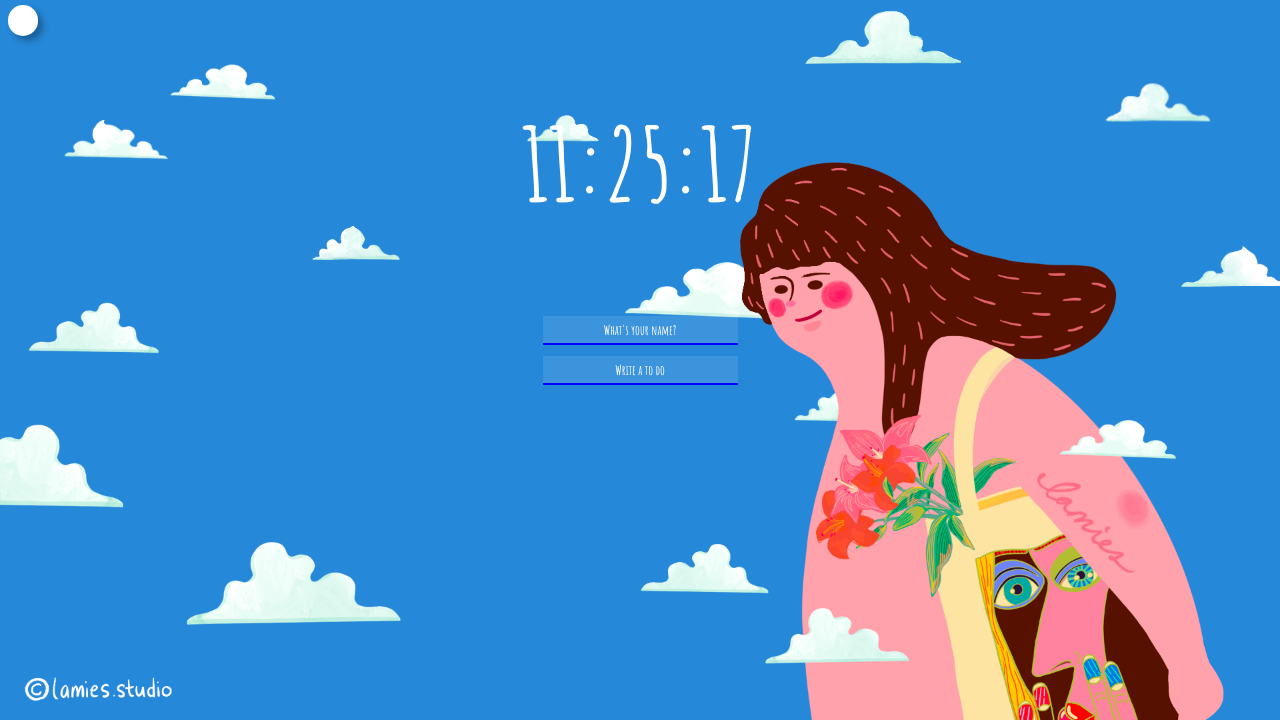
Repository: haleyjung/chrome_app
Page: index.html
The author's editor kept a copy of each file at every save. The page is drawn from the files as they stood at one save, then again after a run of saves.
The browser window is 1280 px wide. The pictures show the whole page.

Above is the page before, as saved 2020-11-23 16:23:36.

### index.html
<!DOCTYPE html>
<html lang="en">
<head>
    <meta charset="UTF-8" />
    <meta name="viewport" content="width=device-width, initial-scale=1.0">
    <title>Chrome App</title>
    <link rel="stylesheet" href="index.css">
</head>
<body>

    <div>
        <span class="js-weather"></span>
    </div>

    <main>
        <div class="js-clock">
            <h1>00:00</h1>
        </div>

        <div class="js-name name"></div>

        <div>
            <form class="js-form form">
                <input type="text" placeholder="What's your name?" />
            </form>
        </div>

        <h4 class="js-greetings greetings"></h4>

        <form class="js-toDoForm">
            <input type="text" placeholder="Write a to do" />
        </form>
        <ul class="js-toDoList">
        </ul>
    </main>

    <script src="js/clock.js"></script>
    <script src="js/greeting.js"></script>
    <script src="js/todo.js"></script>
    <script src="js/bg.js"></script>
    <script src="js/weather.js"></script>
</body>

### index.css
@import url("https://fonts.googleapis.com/css2?family=Amatic+SC:wght@400;700&display=swap");

* {
  font-family: "Amatic SC", cursive;
  font-weight: 700;
}

body {
  background-color: palevioletred;
  color: white;
  font-size: 20px;
}

main {
  display: flex;
  flex-direction: column;
  justify-content: center;
  align-items: center;
}

.js-weather {
  padding: 3px 15px;
  border-radius: 30px;
  font-weight: 400;
  color: rgba(0, 0, 0, 0.4);
  background-color: white;
  box-shadow: 5px 5px 6px 0px rgba(0, 0, 0, 0.3);
}

.js-weather:hover {
  cursor: default;
  color: red;
}

.js-clock {
  display: flex;
  justify-content: center;
  align-items: center;
  font-size: 50px;
}

.js-name {
  font-size: 40px;
  padding-bottom: 10px;
}

.js-form,
.js-toDoForm {
  background-color: none;
}

.btn {
  cursor: pointer;
}

input {
  border: none;
  outline: none;
  border-bottom: 2px solid blue;
  background-color: rgba(255, 255, 255, 0.1);
  padding: 5px 40px;
}

input::placeholder {
  text-align: center;
  color: white;
}

.form,
.greetings {
  display: none;
}

.showing {
  display: block;
}

@keyframes fadeIn {
  from {
    opacity: 0;
  }
  to {
    opacity: 1;
  }
}

.bgImage {
  position: absolute;
  top: 0;
  left: 0;
  width: 100%;
  height: 100%;
  z-index: -1;
  animation: fadeIn 0.5s linear;
}

### js/clock.js
const clockContainer = document.querySelector(".js-clock"),
    clockTitle = clockContainer.querySelector("h1");

function getTime() {
    const date = new Date();
    const minutes = date.getMinutes();
    const hours = date.getHours();
    const seconds = date.getSeconds();
    clockTitle.innerText = `${hours < 10 ? `0${hours}` : hours}:${
        minutes < 10 ? `0${minutes}` : minutes
    }:${seconds < 10 ? `0${seconds}` : seconds}`;
}

function init() {
    getTime();
    setInterval(getTime, 1000);
}

init();

### js/greeting.js
const nameContainer = document.querySelector(".js-name");

function paintName(name) {
    nameContainer.innerHTML = "";
    const title = document.createElement("span");
    title.className = "name__text";
    title.innerHTML = `Hello ${name}`;
    nameContainer.appendChild(title);
}

function handleSubmit(event) {
    event.preventDefault();
    const form = event.target;
    const input = form.querySelector("input");
    const value = input.value;
    localStorage.setItem("username", value);
    paintName(value);
}

function paintInput() {
    const input = document.createElement("input");
  input.placeholder = "What's your name?";
  input.type = "text";
  input.className = "name__input";
  const form = document.createElement("form");
  form.addEventListener("submit", handleSubmit);
  form.appendChild(input);
  nameContainer.appendChild(form);
}

function loadName(){
    const name = localStorage.getItem("username");
  if (name === null) {
    paintInput();
  } else {
    paintName(name);
  }
}

function init() {
    loadName();
}

init();

### js/todo.js
const toDoForm = document.querySelector(".js-toDoForm"),
    toDoInput = toDoForm.querySelector("input"),
    toDoList = document.querySelector(".js-toDoList");

const TODOS_LS = 'toDos';

let toDos = [];

function deleteToDo(event){
    const btn = event.target;
    const li = btn.parentNode;
    toDoList.removeChild(li);
    const cleanToDos = toDos.filter(function(toDo){
        return toDo.id !== parseInt(li.id);
    });
    toDos = cleanToDos
    saveToDos();
}

function saveToDos(){
    localStorage.setItem(TODOS_LS, JSON.stringify(toDos));
}

function paintToDo(text){
    const li = document.createElement("li");
    const delBtn = document.createElement("button");
    const span = document.createElement("span");
    const newId = toDos.length + 1;
    delBtn.innerText = "❌";
    delBtn.addEventListener("click", deleteToDo);
    span.innerText = text;
    li.appendChild(delBtn);
    li.appendChild(span);
    li.id = newId;
    toDoList.appendChild(li);
    const toDoObj = {
        text: text,
        id: newId
    };
    toDos.push(toDoObj);
    saveToDos();
}

function handleSubmit(event){
    event.preventDefault();
    const currentValue = toDoInput.value;
    paintToDo(currentValue);
    toDoInput.value = "";
}

function loadToDos() {
    const loadedToDos = localStorage.getItem(TODOS_LS);
    if(loadedToDos !== null){
        const parsedToDos = JSON.parse(loadedToDos);
        parsedToDos.forEach(function(toDo){
            paintToDo(toDo.text);
        });
    }
}

function init() {
    loadToDos();
    toDoForm.addEventListener("submit", handleSubmit)
}

init();

### js/bg.js
const body = document.querySelector("body");

const IMG_NUMBER = 4;

// If loading images from API, include the functions in these comments:
// function handleImgLoad(){
//     console.log('finished loading');
// }

function paintImage(imgNumber){
    const image = new Image();
    image.src = `/img/lamiesstudio-${imgNumber + 1}.png`;
    image.classList.add('bgImage');
    body.prepend(image);
    // image.addEventListener("loadend", handleImgLoad);
}

function genRandom(){
    const number = Math.floor(Math.random() * IMG_NUMBER);
    return number;
}

function init(){
    const randomNumber = genRandom();
    paintImage(randomNumber)
}

init();

### js/weather.js
const weather = document.querySelector(".js-weather");

const API_KEY = "1706261ffc689a5d0ffe73f0d2f8a925";
const COORDS = "coords";

function getWeather(lat, lng){
    fetch(`https://api.openweathermap.org/data/2.5/weather?lat=${lat}&lon=${lng}&appid=${API_KEY}&units=metric`
    ).then(function(response){
        return response.json();
    })
        .then(function(json){
        const temperature = json.main.temp;
        const place = json.name;
        weather.innerText = `${temperature}°C in ${place}`;
    });
}

function saveCoords(coordsObj){
    localStorage.setItem(COORDS, JSON.stringify(coordsObj));
}

function handleGeoSuccess(position){
    const latitude = position.coords.latitude;
    const longitude = position.coords.longitude;
    const coordsObj = {
        latitude,
        longitude
    };
    saveCoords(coordsObj);
    getWeather(latitude, longitude);
}

function handleGeoError(){
    console.log('Cant access geo location');
}

function askForCoords(){
    navigator.geolocation.getCurrentPosition(handleGeoSuccess, handleGeoError);
}

function loadCoords(){
    const loadedCoords = localStorage.getItem(COORDS);
    if(loadedCoords === null){
        askForCoords();
    } else {
        const parsedCoords = JSON.parse(loadedCoords);
        getWeather(parsedCoords.latitude, parsedCoords.longitude);
    }
}

function init(){
    loadCoords();
}

init();

After the next 3 saves:
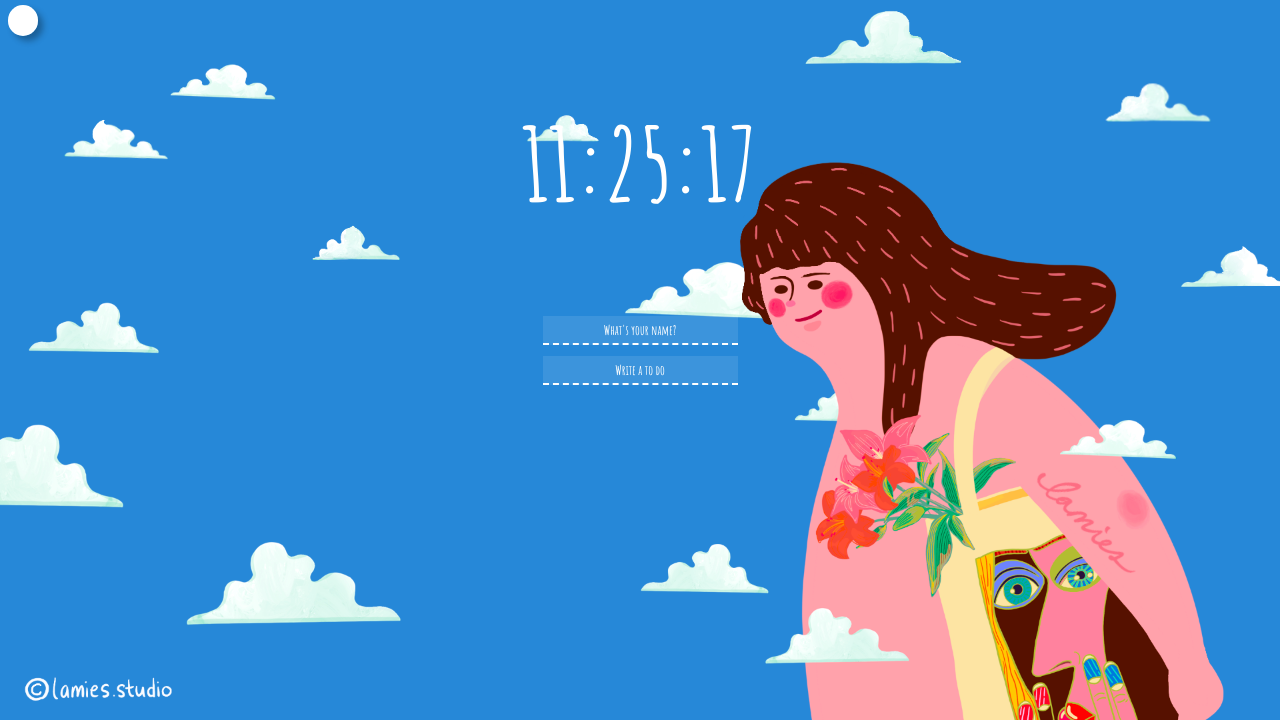
The 3 saves are shown as one change because they came seconds apart.
The last was saved 32 s later.
--- a/index.css
+++ b/index.css
@@ -56,7 +56,7 @@ main {
 input {
   border: none;
   outline: none;
-  border-bottom: 2px solid blue;
+  border-bottom: 2px dashed white;
   background-color: rgba(255, 255, 255, 0.1);
   padding: 5px 40px;
 }
